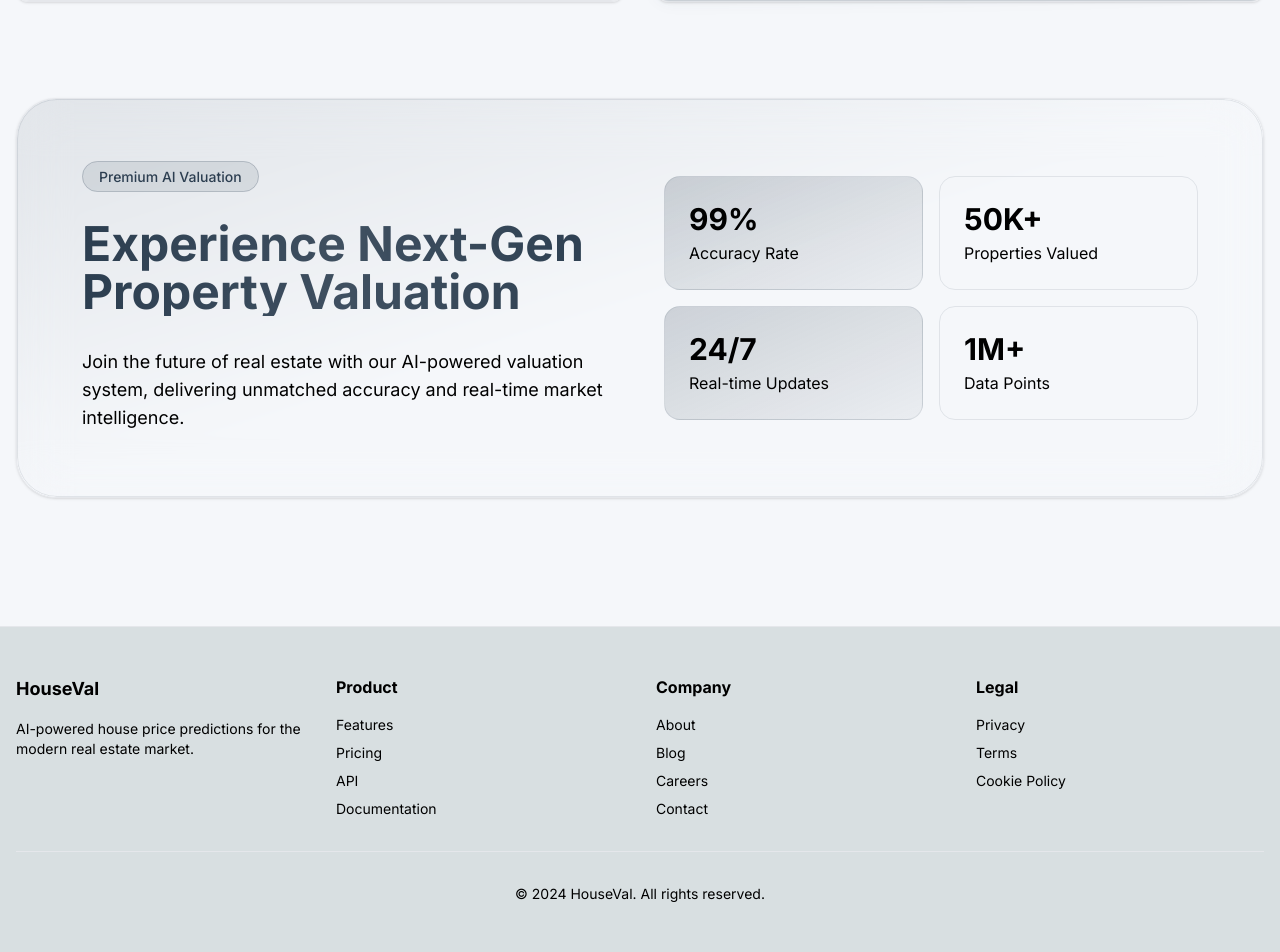
Repository: Rayyy-dev/HouseVal
Page: /
The author's editor kept a copy of each file at every save. The page is drawn from the files as they stood at one save, then again after the next save.
The browser window is 1280 px wide. The pictures show the part of the page from y = 3542 to 4494 px (the page is 4494 px tall).
The project was rebuilt for these pictures with package versions that can differ from the ones it lists, and the page was loaded fresh each time. The framework's server and built-in components were replaced by stand-ins that run in the browser. Also part of the build but not shown: next.config.ts. Imported but missing from the stored project, and not drawn on this page: src/components/ui/command.

Above is the page before, as saved 2025-01-18 14:04:19.

After the next save:
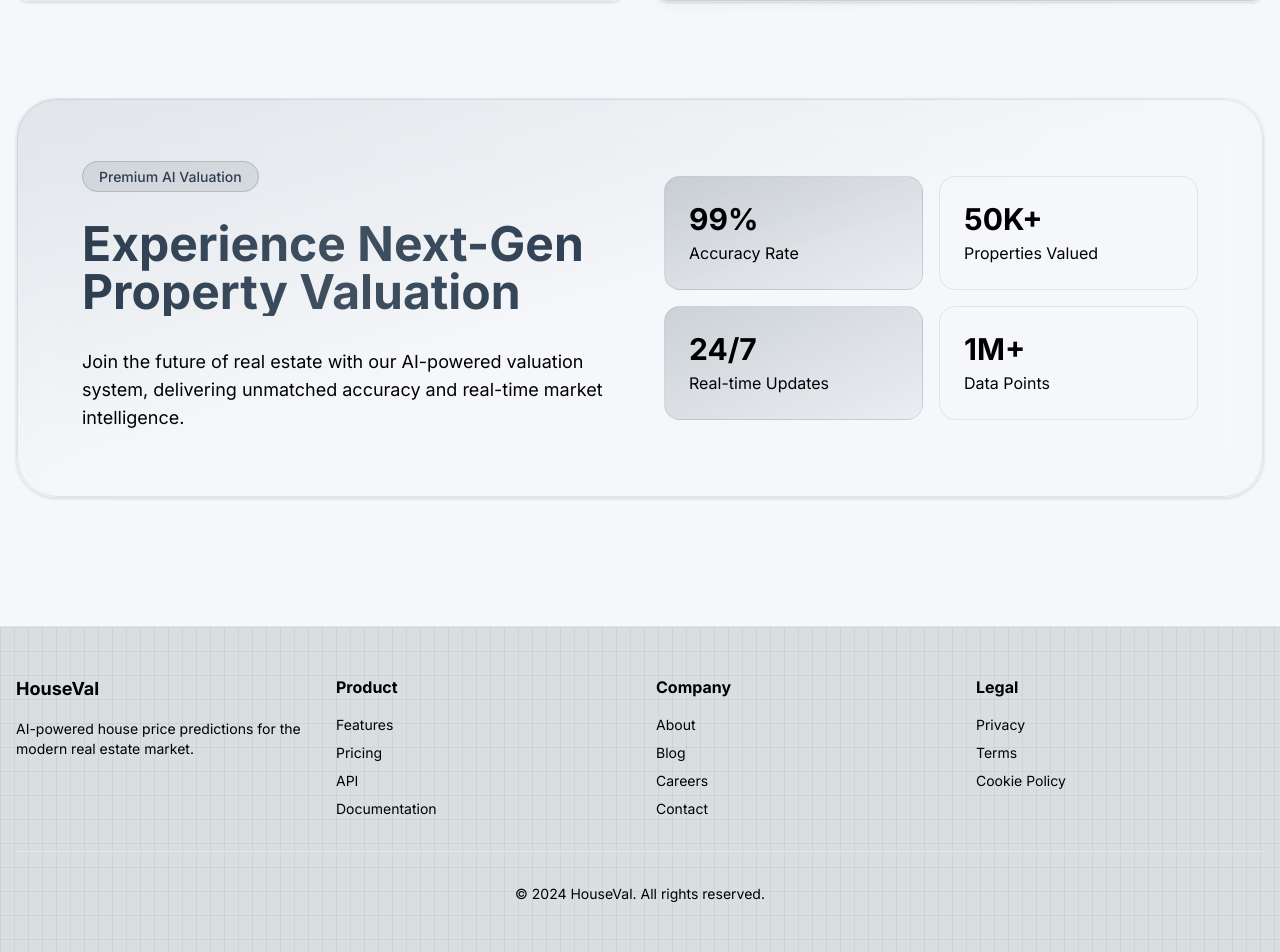
Saved 20 s later.
--- a/src/components/landing-page/sections/footer.tsx
+++ b/src/components/landing-page/sections/footer.tsx
@@ -2,8 +2,16 @@
 
 export function Footer() {
   return (
-    <footer className="bg-muted/30 border-t border-border">
-      <div className="container mx-auto px-4 py-12">
+    <footer className="relative bg-muted/30 border-t border-border overflow-hidden">
+      <div className="absolute inset-0">
+        <div className="absolute inset-0 bg-[linear-gradient(to_right,#4f4f4f12_1px,transparent_1px),linear-gradient(to_bottom,#4f4f4f12_1px,transparent_1px)] bg-[size:14px_24px]" />
+        <div className="absolute inset-0">
+          <div className="absolute left-0 right-0 top-0 -z-10 m-auto h-[310px] w-[310px] rounded-full bg-primary/5 blur-[120px] animate-pulse-slow" />
+          <div className="absolute left-1/3 right-0 top-1/2 -z-10 h-[250px] w-[250px] rounded-full bg-primary/8 blur-[120px] animate-pulse-slow delay-300" />
+        </div>
+      </div>
+
+      <div className="container relative mx-auto px-4 py-12">
         <div className="grid grid-cols-1 md:grid-cols-4 gap-8">
           <div className="space-y-4">
             <h4 className="text-lg font-bold">HouseVal</h4>
